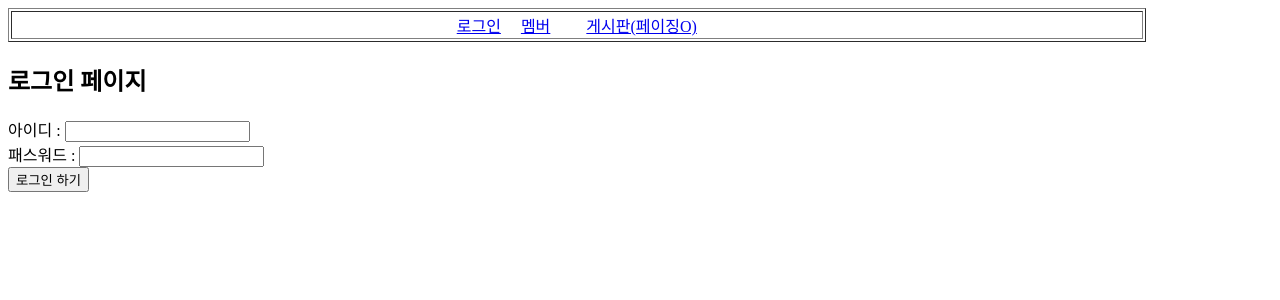
Repository: jungwoonAn/jsp_basic
Page: http://localhost/MustHaveJSP/Common/LoginForm.jsp
The author's editor kept a copy of each file at every save. The page is drawn from the files as they stood at one save, then again after the next save.
The browser window is 1280 px wide. The pictures show the whole page.
The page is served by Tomcat 10.

Above is the page before, as saved 2024-10-21 06:49:13.

After the next save:
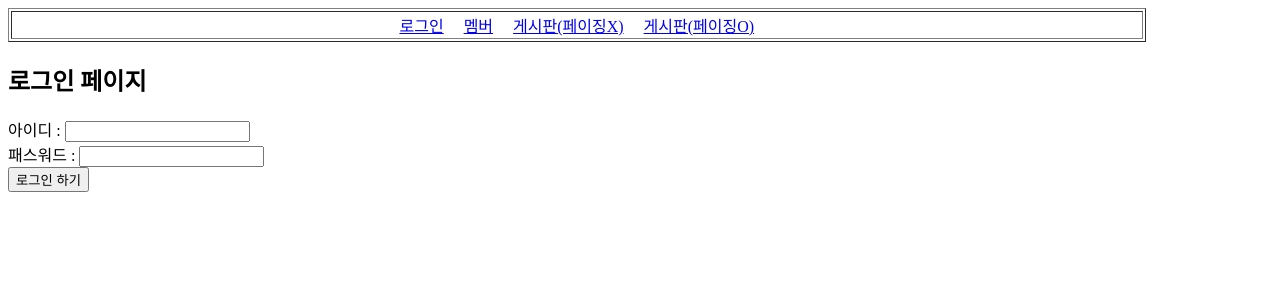
Saved 8 s later.
--- a/MustHaveJSP/src/main/webapp/Common/Link.jsp
+++ b/MustHaveJSP/src/main/webapp/Common/Link.jsp
@@ -18,7 +18,7 @@
 			&nbsp;&nbsp;&nbsp;
 			<a href="../06_Session/List.jsp">멤버</a>
 			&nbsp;&nbsp;&nbsp;
-			<!-- <a href="../08_Board/List.jsp">게시판(페이징X)</a> -->
+			<a href="../08_Board/List.jsp">게시판(페이징X)</a>
 			&nbsp;&nbsp;&nbsp;
 			<a href="../09_PagingBoard/List.jsp">게시판(페이징O)</a>
 		</td>
